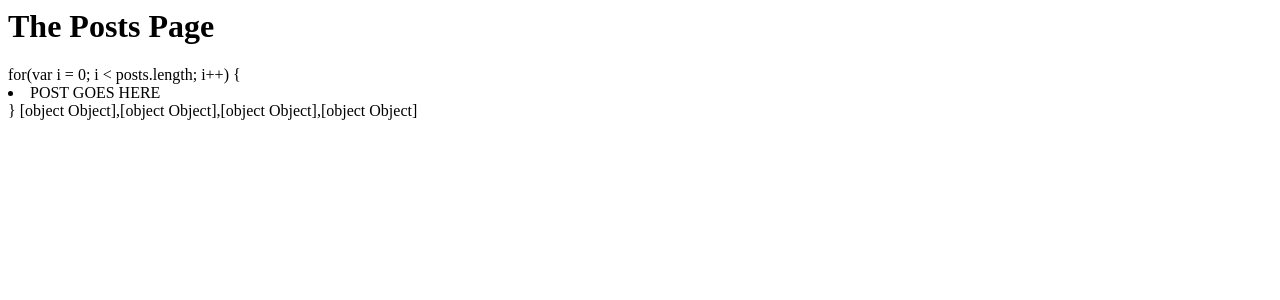
Repository: BendikOlsen/WebDev-Course
Page: http://localhost/posts
The author's editor kept a record of every edit. The page is drawn from the files as they stood at one moment, then again after a run of edits.
The browser window is 1280 px wide. The pictures show the whole page.
The page is served by the project's Node server (IntroToExpress/MoreExpress/EJSDemo/app.js).

Above is the page before.

After the next 6 edits:
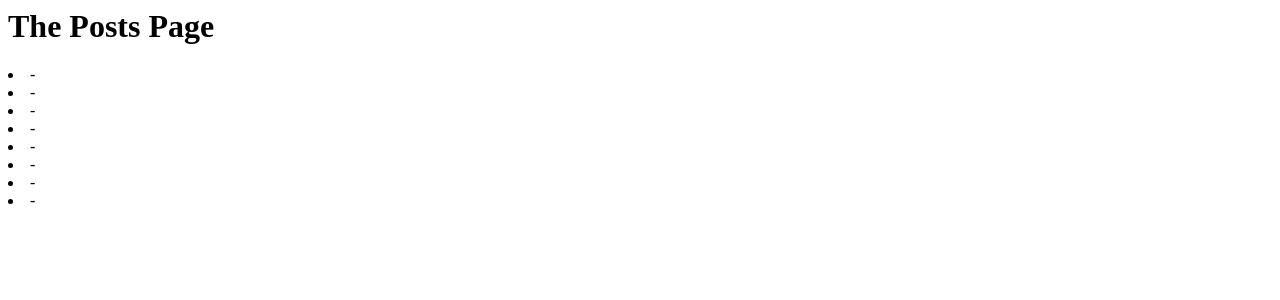
The 6 edits are shown as one change because 5 did not build or start.
The edit:
--- a/JS/chapter 22-25/workspace/IntroToExpress/MoreExpress/EJSDemo/views/posts.ejs
+++ b/JS/chapter 22-25/workspace/IntroToExpress/MoreExpress/EJSDemo/views/posts.ejs
@@ -1,6 +1,13 @@
 <h1>The Posts Page</h1>
 
-for(var i = 0; i < posts.length; i++) {
-    <li>POST GOES HERE</li>
-}
-<%= posts %>
+<% for(var i = 0; i < posts.length; i++) { %>
+    <li>
+        <%= posts.title %> - <strong><%= posts.author %></strong>
+    </li>
+<% } %>
+
+<% posts.forEach(function(post){ %>
+    <li>
+        <%= posts.title %> - <strong><%= posts.author %></strong>
+    </li>
+<% }) %>
